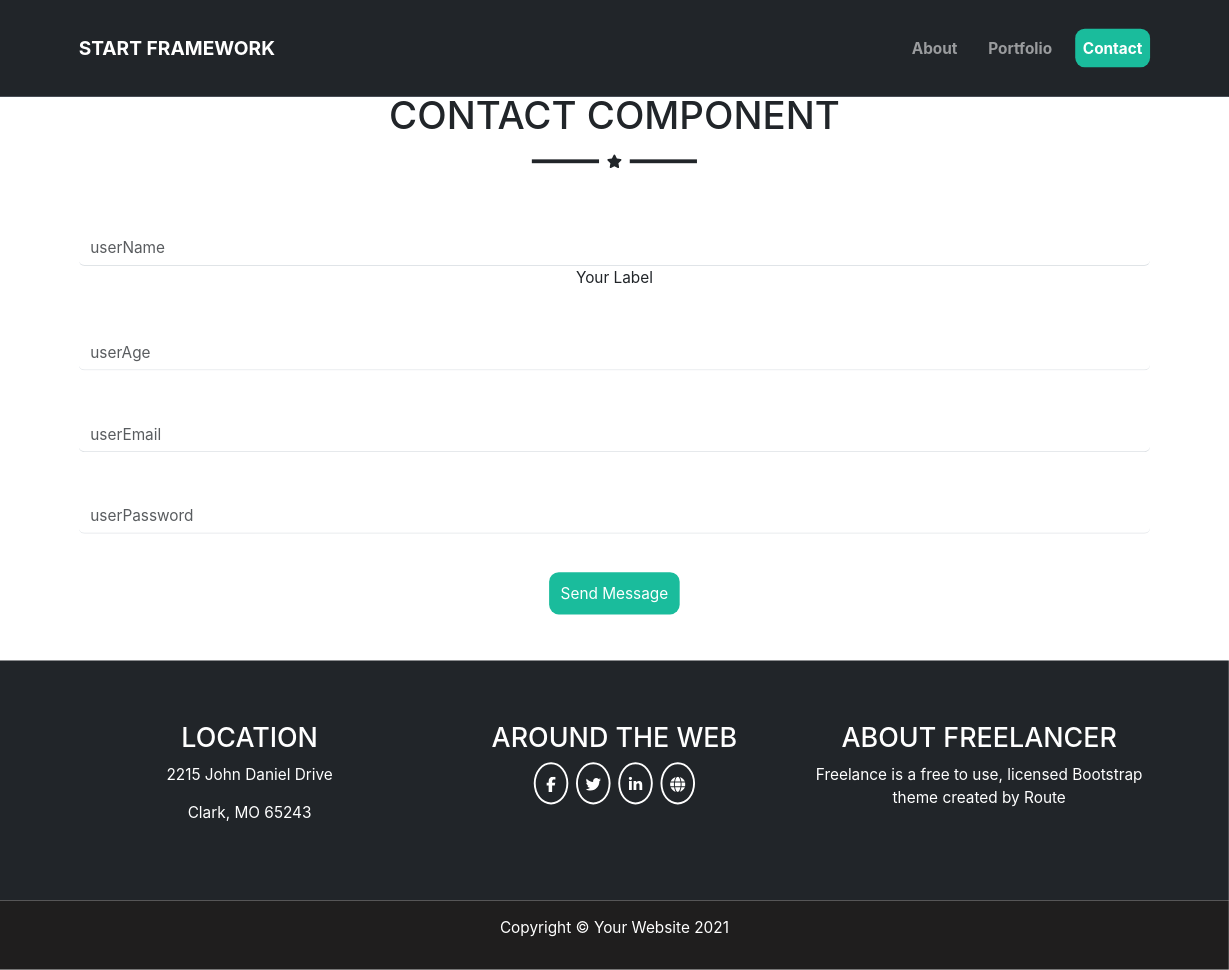
Repository: YomnaWegdan/startFramework
Page: /contact
These files come from the project's save history. The page is drawn as it stood at one moment and after a run of saves; the edit follows.
The browser window is 1280 px wide. The pictures show the whole page, at 96% of full size.
The project was rebuilt for these pictures with package versions that can differ from the ones it lists, and the page was loaded fresh each time. Also part of the build but not shown: src/Components/Home.jsx, src/Components/About.jsx, src/Components/Error.jsx, src/Components/Portfolio.jsx.

Above is the page before, as saved 2024-02-06 00:43:02.

### src/index.js
import React from 'react';
import ReactDOM from 'react-dom/client';
import 'bootstrap/dist/css/bootstrap.min.css'
import 'bootstrap/dist/js/bootstrap.bundle.min.js'

import './index.css';
import App from './App';
import reportWebVitals from './reportWebVitals';

const root = ReactDOM.createRoot(document.getElementById('root'));
root.render(
  <React.StrictMode>
    <App />
  </React.StrictMode>
);

// If you want to start measuring performance in your app, pass a function
// to log results (for example: reportWebVitals(console.log))
// or send to an analytics endpoint. Learn more: https://bit.ly/CRA-vitals
reportWebVitals();

### src/index.css
body {
  margin: 0;
  font-family: -apple-system, BlinkMacSystemFont, 'Segoe UI', 'Roboto', 'Oxygen',
    'Ubuntu', 'Cantarell', 'Fira Sans', 'Droid Sans', 'Helvetica Neue',
    sans-serif;
  -webkit-font-smoothing: antialiased;
  -moz-osx-font-smoothing: grayscale;
}

code {
  font-family: source-code-pro, Menlo, Monaco, Consolas, 'Courier New',
    monospace;
}
.w-20{
  width: 20%;
}
.navbar{
  transition: 0.5s all;
}
.home , .about{
  background-color: #1ABC9C;
}
.line{
  background-color: white;
  width: 70px;
  height: 4px;
}
h2{
  font-size: 40px;
}
h3{
  font-weight: 500;
  font-size: 28px;
}
.footer-header {
  background-color: #212529;
}
div.footer{
  background-color: #1f1e1e;
}
.active{
  background-color: #1ABC9C;
  border-radius: 10px;
  color: white;
}

div.inner .img-overlay{
  transition: 0.8s all;
}

div.inner:hover .img-overlay{
  background-color: #1abc9ce6 !important;
  position: absolute;
  top: 0;
  left: 0;
  width: 100%;
  height: 100%;
}

div.inner:hover .plus{
  display: block;
  font-size: 100px;
  color: white;

}
.model{
  background-color: rgba(0, 0, 0, 0.6) !important;
}
.form-control:focus {
  border-color: #eee;
  box-shadow: none;
}
  button{
    background-color: #1ABC9C;
    border: none;
    padding: 10px 12px;
    border-radius: 10px;
    color: white;
    margin-top: 40px ;
  }








  /* .contact label {
    position: absolute;
    top: 50%;
    left: 10px;
    transform: translateY(-50%);
    pointer-events: none;
    transition: transform 0.3s, font-size 0.3s;
  }

  .contact .focused label {
    transform: translateY(-100%) scale(0.8);
  }
   */

### src/App.js
import { RouterProvider, createBrowserRouter } from 'react-router-dom';
import './App.css';
import Layout from './Components/Layout';
import Home from './Components/Home';
import About from './Components/About';
import Contact from './Components/Contact';
import Error from './Components/Error';
import Portfolio from './Components/Portfolio';

function App() {

  let routes = createBrowserRouter([{
    path:'', element:<Layout/> , children:[
      {index:true , element:<Home/>},
      {path:'/about' , element:<About/>},
      {path:'/portfolio' , element:<Portfolio/>},
      {path:'/contact' , element:<Contact/>},
      {path:'*' , element:<Error/>},




    ]
  }])
  return (
    <div className="App">
    <RouterProvider router={routes}></RouterProvider>
    </div>
  );
}

export default App;

### src/Components/Layout.jsx
import React from 'react'
import Navbar from './Navbar'
import { Outlet } from 'react-router-dom'
import Footer from './Footer'

export default function Layout() {
  return (
    <div>
      <Navbar/>
      <Outlet></Outlet>
      <Footer/>
    </div>
  )
}

### src/Components/Contact.jsx
import React, { Fragment, useState } from "react";
import { FaStar } from "react-icons/fa6";

export default function Contact() {
  const [isFocused, setIsFocused] = useState(false);

  const handleFocus=()=>{
    setIsFocused(true)
  }

  return (
    <Fragment>
      <section className="contact py-5  ">
        <div className="container h-100">
          <div className="row g-5 h-100 align-items-center justify-content-center align-content-center">
            <div className="col-md-12">
              <h2 className="pt-5">CONTACT COMPONENT</h2>
              <div className="d-flex justify-content-center align-items-center my-3">
                <div className="line text-bg-dark"></div>
                <FaStar className=" mx-2 " />
                <div className="line text-bg-dark"></div>
              </div>
            </div>

            <div className=" col-md-12">
              <form onClick={(e)=> e.preventDefault()}>
              <div className={`input-container ${isFocused ? 'focused' : ''}`}>
                <input
                  className=" form-control border-top-0 border-start-0 border-end-0  border-bottom-3 "
                  placeholder="userName"
                  name="name"
                  onFocus={handleFocus}
                />
                <label className="" htmlFor="yourInput">Your Label</label>
                </div>


                <input
                  className=" form-control border-top-0 border-start-0 border-end-0  border-bottom-3 my-5"
                  placeholder="userAge"
                  name="age"
                  type="number"
                />
                <input
                  className=" form-control border-top-0 border-start-0 border-end-0  border-bottom-3 mb-5"
                  placeholder="userEmail"
                  name="email"
                  type="email"
                />
                <input
                  className=" form-control border-top-0 border-start-0 border-end-0  border-bottom-3"
                  placeholder="userPassword"
                  name="password"
                  type=" password"
                />
                <button className="">Send Message</button>
              </form>
            </div>
          </div>
        </div>
      </section>
    </Fragment>
  );
}

### src/Components/Navbar.jsx
import React, { useEffect, useState } from "react";
import { Link, NavLink } from "react-router-dom";

export default function Navbar() {
  const [scroll , setScroll] = useState(0)

  const handleScroll=()=>{
    setScroll(window.scrollY)
  }
  const navbarPadding = scroll > 100 ? '15px' : '30px';
  window.addEventListener('scroll', handleScroll);
  return (
    <>
      <nav style={{padding:navbarPadding}}
        className="navbar navbar-expand-lg bg-dark border-bottom border-body  fixed-top fw-bold  "
        data-bs-theme="dark"
      >
        <div className="container">
          <Link className="navbar-brand" to="/">
            START FRAMEWORK
          </Link>
          <button
            className="navbar-toggler"
            type="button"
            data-bs-toggle="collapse"
            data-bs-target="#navbarSupportedContent"
            aria-controls="navbarSupportedContent"
            aria-expanded="false"
            aria-label="Toggle navigation"
          >
            <span className="navbar-toggler-icon"></span>
          </button>
          <div className="collapse navbar-collapse" id="navbarSupportedContent">
            <ul className="navbar-nav ms-auto mb-2 mb-lg-0">
              <li className="nav-item">
                <NavLink className="nav-link" to="/about">
                  About
                </NavLink>
              </li>
              <li className="nav-item mx-3">
                <NavLink className="nav-link" to="/portfolio">
                  Portfolio
                </NavLink>
              </li>
              <li className="nav-item">
                <NavLink className="nav-link" to="/Contact">
                  Contact
                </NavLink>
              </li>
            </ul>
          </div>
        </div>
      </nav>
    </>
  );
}

### src/Components/Footer.jsx
import React from "react";
import { FaFacebookF, FaGlobe, FaLinkedinIn, FaTwitter } from "react-icons/fa6";

export default function Footer() {
  return (
    <>
      <footer className=" text-white">
      <div className="footer-header py-5">
        <div className="container py-3">
          <div className="row">
            <div className="col-lg-4 col-md-6">
              <h3>LOCATION</h3>
              <p>2215 John Daniel Drive</p>
              <p>Clark, MO 65243</p>
            </div>
            <div className="col-lg-4 col-md-6">
            <h3>AROUND THE WEB</h3>
            <ul className="d-flex justify-content-center align-items-center list-unstyled">
            <li className="p-2 rounded-circle border border-white border-2"> <FaFacebookF /> </li>
            <li className="p-2 rounded-circle border border-white border-2 mx-2"> <FaTwitter/> </li>
            <li className="p-2 rounded-circle border border-white border-2 me-2"> <FaLinkedinIn /> </li>
            <li className="p-2 rounded-circle border border-white border-2"> <FaGlobe /> </li>
            </ul>
            </div>
            <div className="col-lg-4 col-md-6">
              <h3>ABOUT FREELANCER</h3>
              <p>Freelance is a free to use, licensed Bootstrap theme created by Route</p>
            </div>
          </div>
        </div>
        </div>
        <div className="footer py-3">
        <p>Copyright © Your Website 2021</p>
        </div>
      </footer>

    </>
  );
}

Loaded but not shown: public/index.html (common file); src/reportWebVitals.js (common file); src/App.css (common file)

After the next 8 saves:
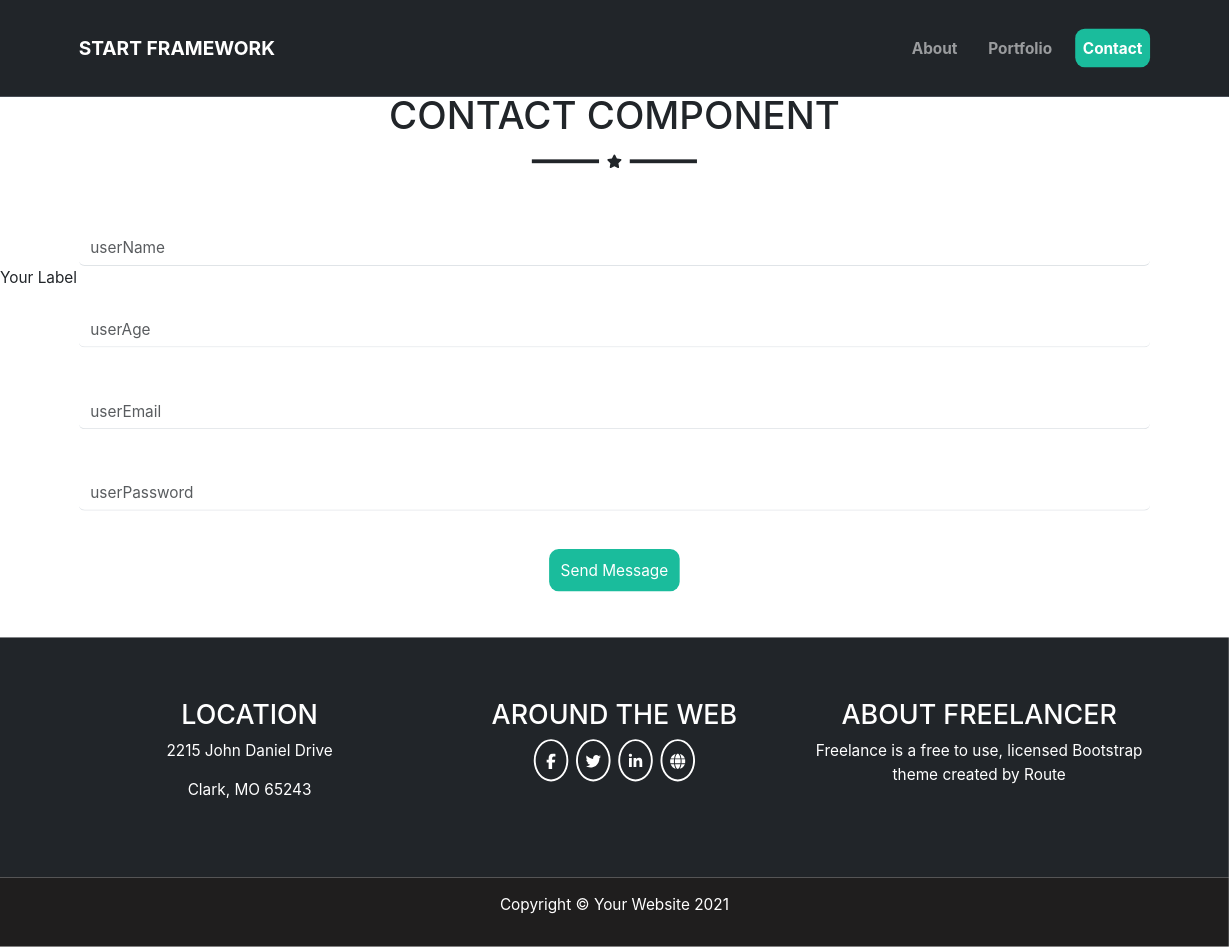
The 8 saves are shown as one change because they came seconds apart.
The last was saved 30 s later.
--- a/src/Components/Contact.jsx
+++ b/src/Components/Contact.jsx
@@ -31,7 +31,7 @@ export default function Contact() {
                   name="name"
                   onFocus={handleFocus}
                 />
-                <label className="" htmlFor="yourInput">Your Label</label>
+                <label className=" position-absolute start-0" htmlFor="yourInput">Your Label</label>
                 </div>
 
 
